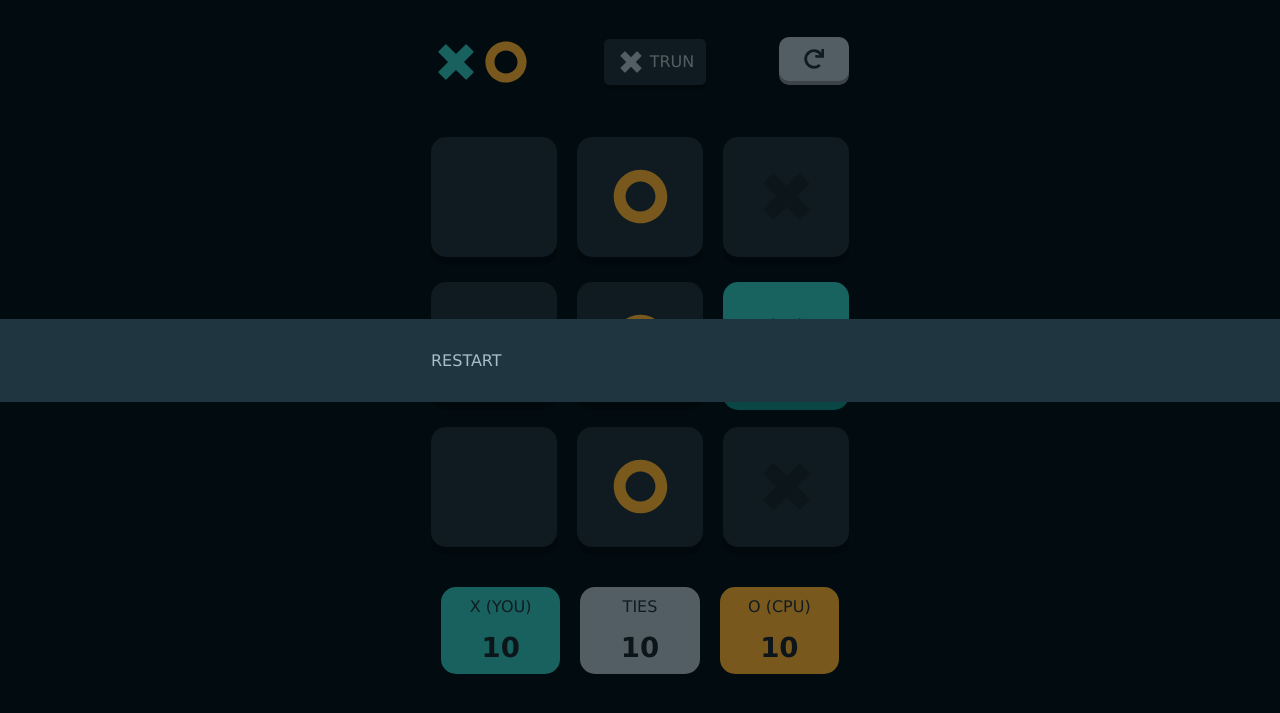
Repository: SD-Mdouka/XO_GAME
Page: /
The author's editor kept a copy of each file at every save. The page is drawn from the files as they stood at one save, then again after the next save.
The browser window is 1280 px wide. The pictures show the whole page.
The project was rebuilt for these pictures with package versions that can differ from the ones it lists, and the page was loaded fresh each time. Also part of the build but not shown: src/component/modal/Win.js, src/component/start/Start.js.

Above is the page before, as saved 2022-08-29 18:02:27.

After the next save:
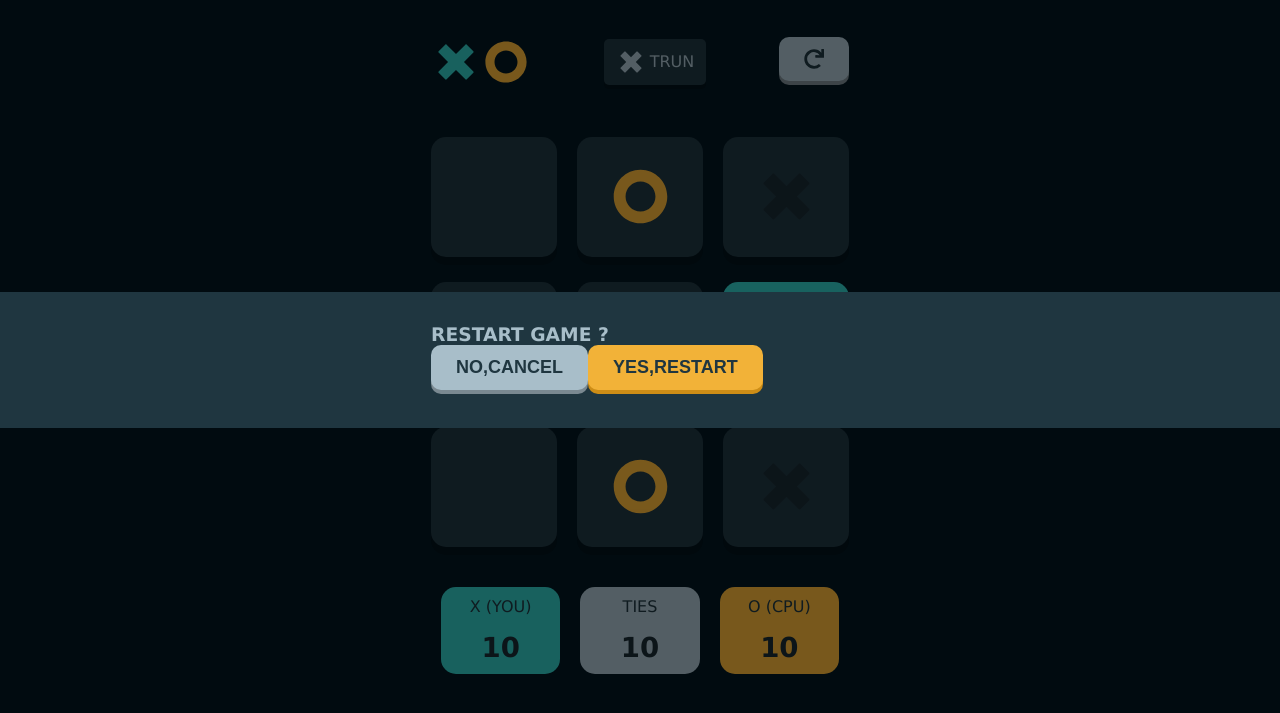
Saved 4 min 26 s later.
--- a/src/component/modal/Restart.js
+++ b/src/component/modal/Restart.js
@@ -1,7 +1,15 @@
 import React from "react";
 
 const Restart = () => {
-  return <div>Restart</div>;
+  return (
+    <div className="restart">
+      <h3 className="restart__title">Restart Game ?</h3>
+      <div className="restart__btns">
+        <button className="btn btn-sm">no,cancel</button>
+        <button className="btn btn-sm btn-yellow">yes,restart</button>
+      </div>
+    </div>
+  );
 };
 
 export default Restart;
